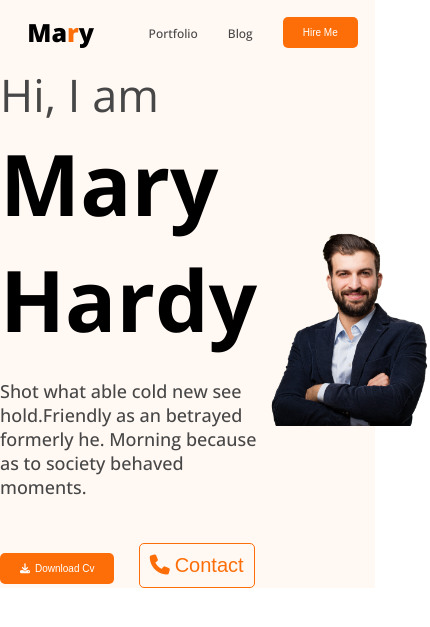
Repository: nahid-hasann/website-1
Page: index.html
The author's editor kept a copy of each file at every save. The page is drawn from the files as they stood at one save, then again after a run of saves.
The browser window is 375 px wide. The page is 430 px wide, so the pictures cover 430 px, including what lies to the right of the window. The pictures show the whole page.

Above is the page before, as saved 2025-07-16 12:18:07.

After the next 4 saves:
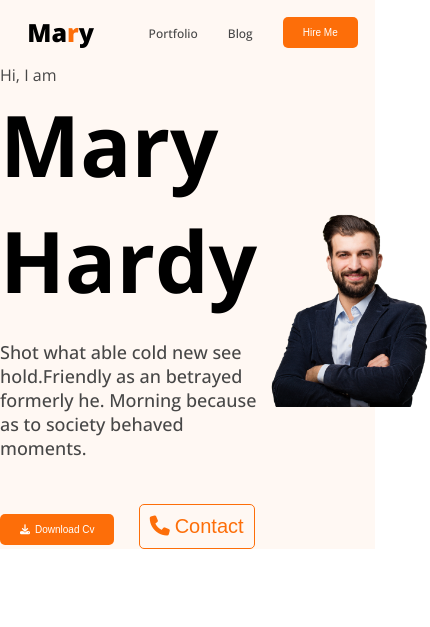
The 4 saves are shown as one change because they came seconds apart.
The last was saved 33 s later.
--- a/style.css
+++ b/style.css
@@ -417,4 +417,8 @@ max-width: 100%;
     gap: 20px;
 }
 
-}
+.hi-i-am{
+    font-size: 16px;
+}
+
+}
